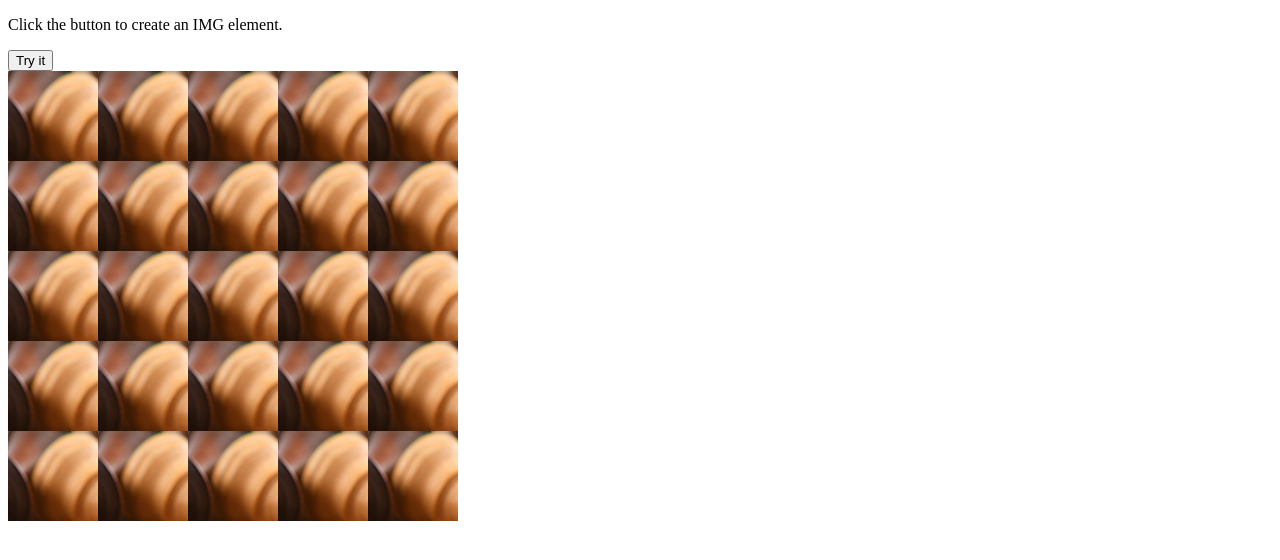
Repository: rashmikagamage/puzzle-vanila-js
Page: index.html
An editor plug-in stored every save of this project. The page is shown before and after the next save, followed by the edit.
The browser window is 1280 px wide. The pictures show the whole page.
After loading, the first visible `button` was clicked once.

Above is the page before, as saved 2020-08-05 22:10:36.

### index.html
<!DOCTYPE html>
<html>

<head>
    <link rel="stylesheet" type="text/css" href="./style.css">
</head>

<body>

    <p>Click the button to create an IMG element.</p>

    <button onclick="myFunction(5)">Try it</button>
    <div class="gridContainer" id="imgContainer"></div>
    <script src="./function.js">
    </script>

</body>

</html>

### style.css
.gridContainer {
    display: grid;
}

### function.js
function myFunction(num) {

    let cellSize = 450 / num + "px";
    let diff = 100 / num;
    let grid = "";
    let row = num;
    let col = num;
    let idCount = 0
    let xPosition = 00;
    let yPosition = 60;
    console.log(cellSize)

    for (let i = 0; i < num; i++) {
        grid = grid + cellSize + " ";
    }

    document.getElementById("imgContainer").style.gridTemplateColumns = grid;

    for (let i = 0; i < row; i++) {

        let yPosition = 0;

        for (let j = 0; j < col; j++) {

            var x = document.createElement("div");
            x.style.width = cellSize;
            x.style.height = cellSize;
            x.style.backgroundImage = "url('./chess.jpg')"
            x.style.backgroundPosition = "-90px 360px" //xPosition + "% " + yPosition + "%"
            x.id = "img" + idCount;
            document.getElementById("imgContainer").appendChild(x);
            // yPosition = yPosition + (100/num);
        }
        // xPosition = xPosition + (100/num);
    }
}

After the next save:
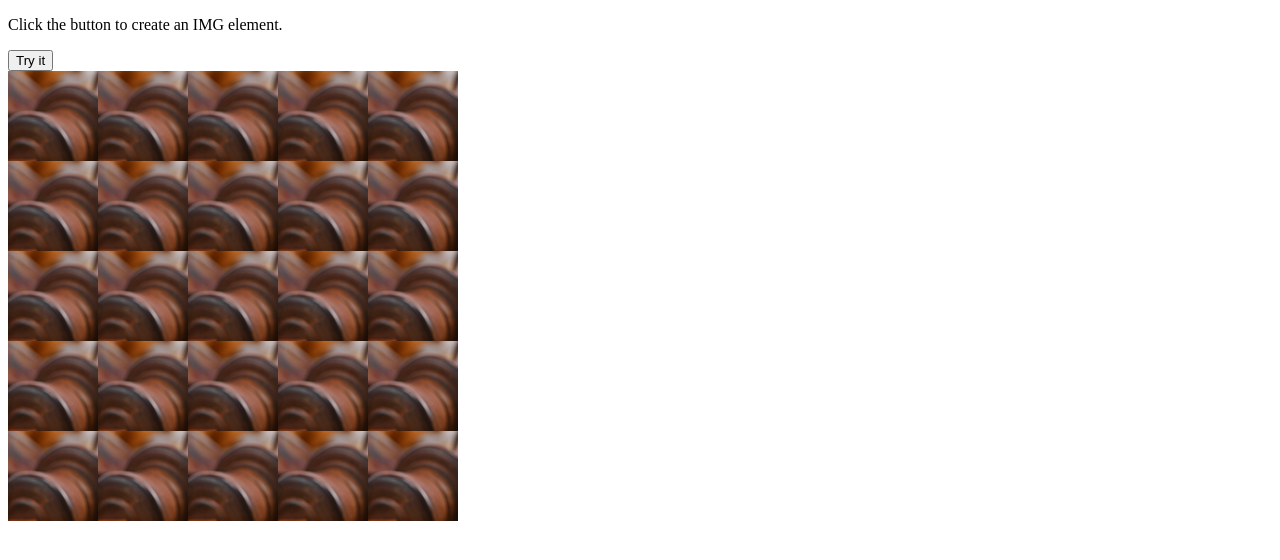
Saved 25 s later.
--- a/function.js
+++ b/function.js
@@ -26,7 +26,7 @@
             x.style.width = cellSize;
             x.style.height = cellSize;
             x.style.backgroundImage = "url('./chess.jpg')"
-            x.style.backgroundPosition = "-90px 360px" //xPosition + "% " + yPosition + "%"
+            x.style.backgroundPosition = "0px 360px" //xPosition + "% " + yPosition + "%"
             x.id = "img" + idCount;
             document.getElementById("imgContainer").appendChild(x);
             // yPosition = yPosition + (100/num);
